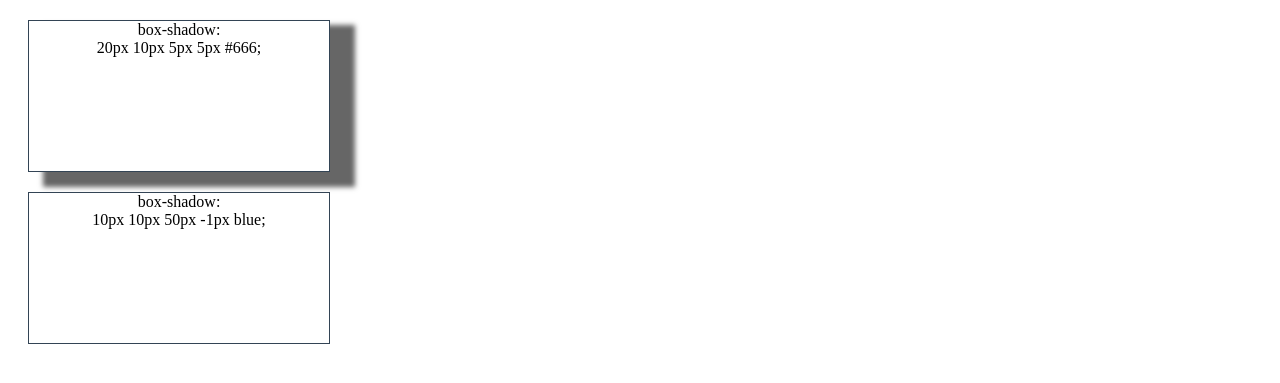
Repository: SeungjaeYu/webstudy
Page: webstudy/06_css/08_shadow/02_box-shadow.htm
These files come from the project's save history. The page is drawn as it stood at one moment and after the next save; the edit follows.
The browser window is 1280 px wide. The pictures show the whole page.

Above is the page before, as saved 2019-08-28 14:43:56.

After the next save:
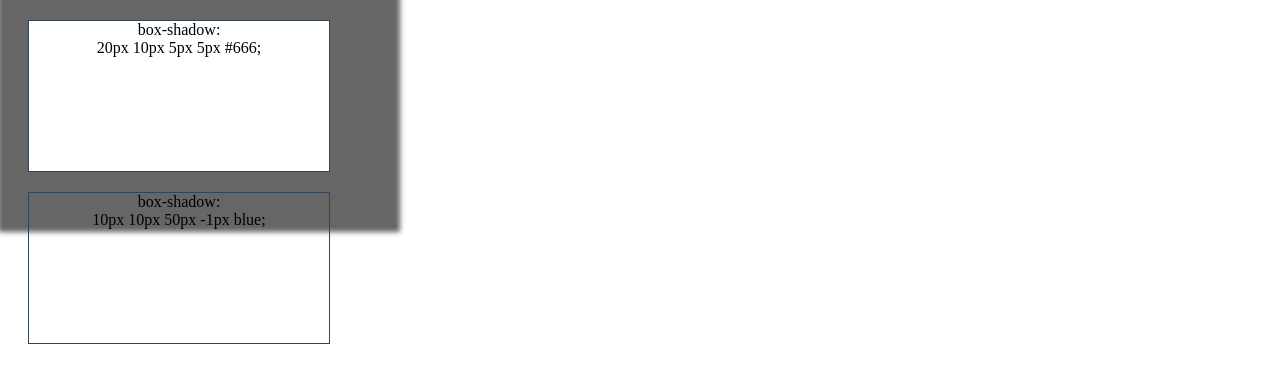
Saved 29 s later.
--- a/webstudy/06_css/08_shadow/02_box-shadow.htm
+++ b/webstudy/06_css/08_shadow/02_box-shadow.htm
@@ -31,7 +31,7 @@
     }
 
     .shadow1 {
-        box-shadow: 20px 10px 5px 5px #666;
+        box-shadow: 20px 10px 5px 50px #666;
     }
 </style>
 </head>

After the save that followed:
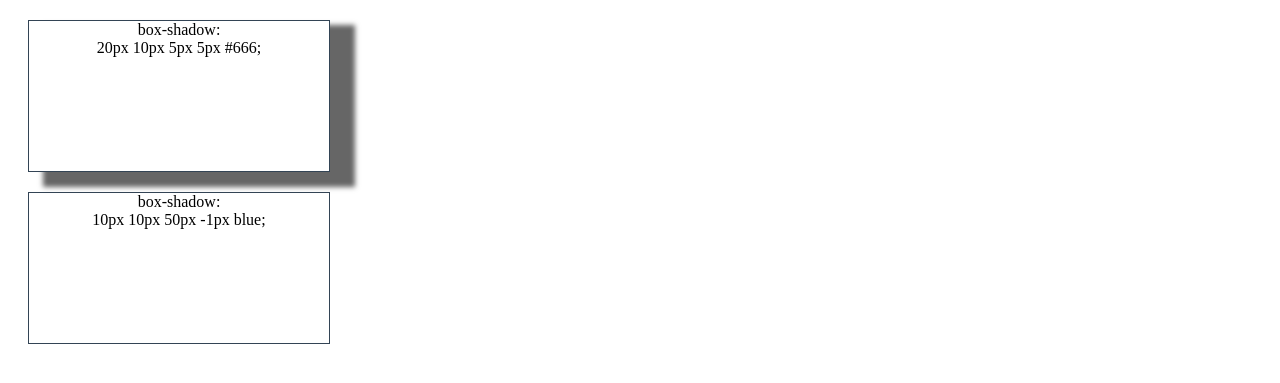
Saved 5 s later.
--- a/webstudy/06_css/08_shadow/02_box-shadow.htm
+++ b/webstudy/06_css/08_shadow/02_box-shadow.htm
@@ -31,7 +31,7 @@
     }
 
     .shadow1 {
-        box-shadow: 20px 10px 5px 50px #666;
+        box-shadow: 20px 10px 5px 5px #666;
     }
 </style>
 </head>
